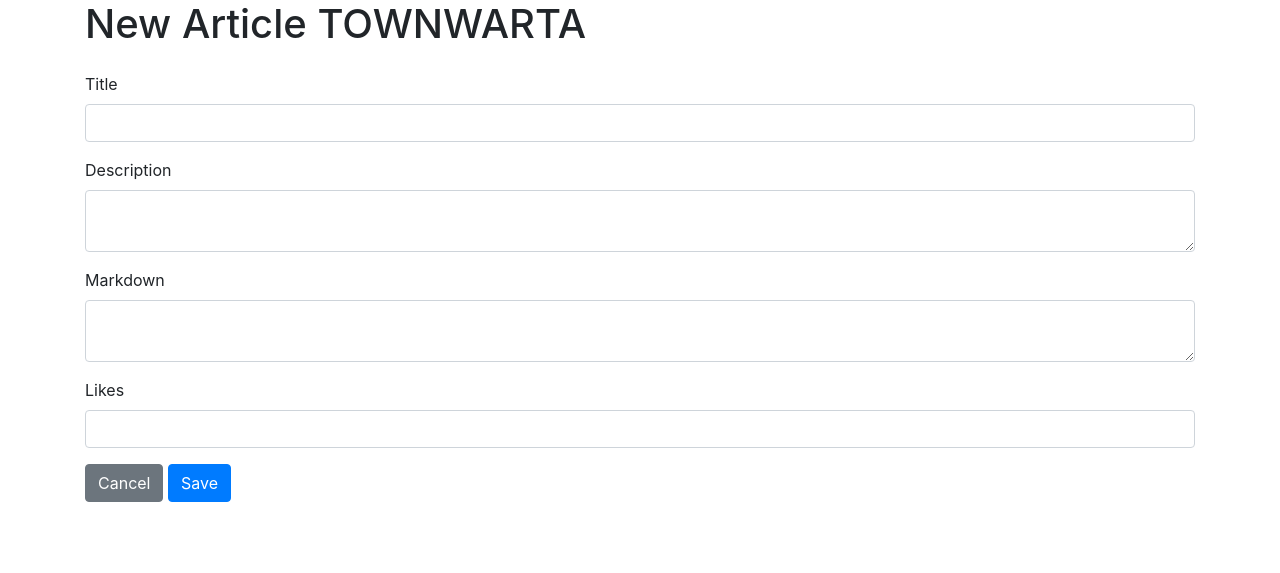
Repository: shivanand1988-28-06/townwarta
Page: http://localhost/articles/new
These files come from the project's save history. The page is drawn as it stood at one moment and after the next save; the edit follows.
The browser window is 1280 px wide. The pictures show the whole page.
The page is served by the project's Node server (Townwarta.js). Other server files are loaded and not shown.

Above is the page before, as saved 2022-08-30 15:03:50.

### views/articles/new.ejs
<!DOCTYPE html>
<html lang="en">
<head>
  <meta charset="UTF-8">
  <meta name="viewport" content="width=device-width, initial-scale=1.0">
  <link rel="stylesheet" href="https://maxcdn.bootstrapcdn.com/bootstrap/4.0.0/css/bootstrap.min.css" integrity="sha384-Gn5384xqQ1aoWXA+058RXPxPg6fy4IWvTNh0E263XmFcJlSAwiGgFAW/dAiS6JXm" crossorigin="anonymous">
  <meta http-equiv="X-UA-Compatible" content="ie=edge">
  <title>TOWNWARTA</title>
</head>
<body>
  <div class="container">
    <h1 class="mb-4">New Article TOWNWARTA</h1>

    <form action="/articles" method="POST">
      <%- include('_form_fields') %>
    </form>
  </div>
</body>
</html>

### views/articles/_form_fields.ejs
<div class="form-group">
  <label for="title">Title</label>
  <input required value="<%= article.title %>" type="text" name="title" id="title" class="form-control">
</div>
<div class="form-group">
  <label for="description">Description</label>
  <textarea name="description" id="description" class="form-control"><%= article.description %></textarea>
</div>
<div class="form-group">
  <label for="markdown">Markdown</label>
  <textarea required name="markdown" id="markdown" class="form-control"><%= article.markdown %></textarea>
</div>
<div class="form-group">
  <label for="likes">Likes</label>
 <input type = "number" name = "likes" id = "likes" class = "form-control" >
</div>
<!-- <div>
  <lable for = "imagename" >Image</lable>
  <input type = "file" name = "imagename" id = "imagename"  class = "form-control">
</div> -->

<a href="/" class="btn btn-secondary">Cancel</a>
<button type="submit" class="btn btn-primary">Save</button>

### Townwarta.js

require("dotenv").config();
const express = require("express");
const mongoose = require("mongoose");
const articleRouter = require("./routes/articles");
const userRouter = require("./routes/user");
const connectDB = require("./db/connect");
const app = express();
const Article= require("./models/article");
const methodOverride = require("method-override")
const port = process.env.PORT || 3000
const path = require("path");

app.set("views" , path.join(__dirname , "views"))
app.set("view engine", "ejs");
// app.use(express.json());
 app.use(express.urlencoded({extended:false}));
app.use(express.static(path.join(__dirname, "public")));
app.use(methodOverride("_method"));

  app.get("/", async (req,res)=>{
    const articles = await Article.find();
    res.render("articles/index" , {articles:articles});
  });

  app.use("/" , userRouter);

app.use("/articles" , articleRouter );

console.log(Article)


const start = async () =>{

try{

    await connectDB( process.env.MONGO_URI );
    app.listen(port,()=>{ console.log(`app is running over port ${port}`)});

}catch(error) {

    console.log(error);

}

}

start();

### routes/articles.js
const express = require('express')
const Article = require('./../models/article')
const router = express.Router();


router.get('/new', (req, res) => {
  res.render('articles/new', { article: new Article() })
})
router.get("/status" , (req,res)=>{
  const stat = "ok"
  res.render("articles/status" , {stat:stat});
  console.log(req.body);
})
router.get('/edit/:id', async (req, res) => {
  const article = await Article.findById(req.params.id)
  res.render('articles/edit', { article: article })
})

// router.get('/:slug', async (req, res) => {
//   const article = await Article.findOne({ slug: req.params.slug })
//   if (article == null) res.redirect('/')
//   res.render('articles/show', { article: article })
// })

router.post('/', async (req, res, next) => {
  req.article = new Article()
  next()
}, saveArticleAndRedirect('new'))

router.put('/:id', async (req, res, next) => {
  req.article = await Article.findById(req.params.id)
  next()
}, saveArticleAndRedirect('edit'))

router.delete('/:id', async (req, res) => {
  await Article.findByIdAndDelete(req.params.id)
  res.redirect('/')
})



function saveArticleAndRedirect(path) {

  return async (req, res) => {

   console.log(req.body.title,req.article);

    let article = req.body
    article.title = req.body.title
    article.description = req.body.description
    article.markdown = req.body.markdown
    article.imagename= req.file.filename
    article.likes = req.body.likes
    article.tags = req.body.tags
    console.log(article)

    try {

      article = await article.save();

      // res.redirect(`/articles/${article.slug}`);

    }

     catch (e)

     {
      res.render(`articles/${path}`, { article: article })
     }


  }
}

module.exports = router
// const { getUsers,createUser,getAllNews,createNews,updateSingleNews,deleteSingleNews,getSingleNews } = require("../mainroutesfunctions/main");

// router.route("/news").get(getAllNews).post(createNews);
// router.route("/news/:id").get(getSingleNews).patch(updateSingleNews).delete(deleteSingleNews);
// router.route("/users").get(getUsers).post(createUser);

After the next save:
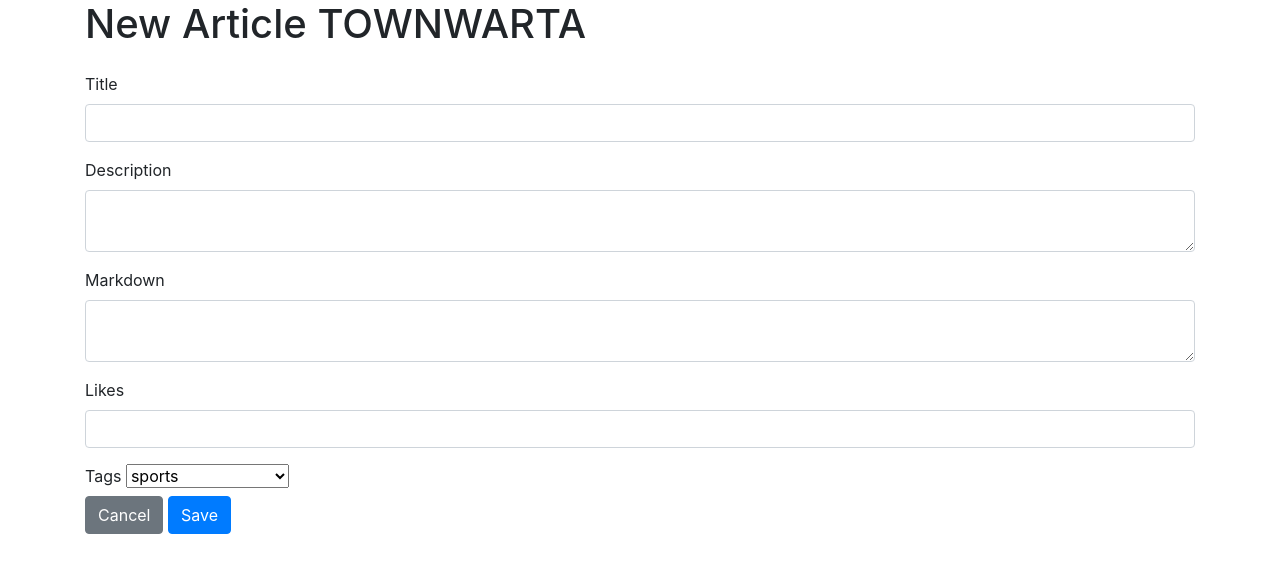
Saved 9 min 27 s later.
--- a/views/articles/_form_fields.ejs
+++ b/views/articles/_form_fields.ejs
@@ -18,6 +18,20 @@
   <lable for = "imagename" >Image</lable>
   <input type = "file" name = "imagename" id = "imagename"  class = "form-control">
 </div> -->
+<div>
+<label for = "tags">Tags</label>
+<select name = "tags" id = "tags">
+  <option value = "sports">sports</option>
+  <option value = "politics">politics</option>
+  <option value = "uttarakhand">uttarakhand</option>
+  <option value = "maharashtra">maharashtra</option>
+  <option value = "mumbai">mumbai</option>
+  <option value = "curruption">curruption</option>
+  <option value = "townwarta-special">townwarta-special</option>
+</select>
+
+
+</div>
 
 <a href="/" class="btn btn-secondary">Cancel</a>
 <button type="submit" class="btn btn-primary">Save</button>
